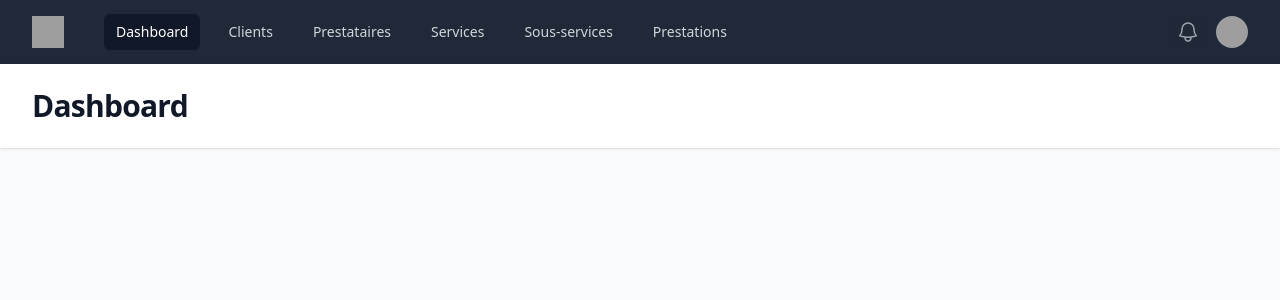
Repository: Dydja/dashAlladjai
Page: /about
These files come from the project's save history. The page is drawn as it stood at one moment and after the next save; the edit follows.
The browser window is 1280 px wide. The pictures show the whole page.
Pictures or frames that could not be fetched are drawn as grey boxes. The project was rebuilt for these pictures with package versions that can differ from the ones it lists, and the page was loaded fresh each time. Also part of the build but not shown: vite.config.js, src/components/layouts/GuestLayout.vue, src/views/auth/LoginView.vue, src/views/HomeView.vue, src/components/users/UserComponent.vue, src/components/services/ServiceComponent.vue, src/components/reservations/ReservationComponent.vue.

Above is the page before, as saved 2024-01-28 23:55:56.

After the next save:
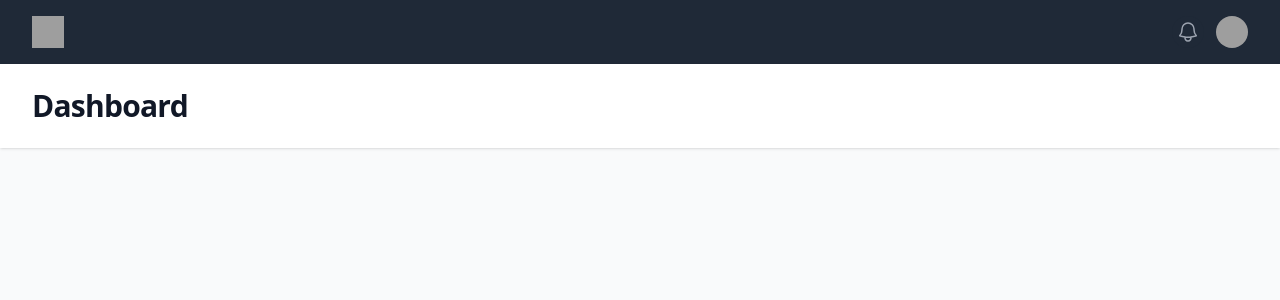
Saved 2 min 57 s later.
--- a/src/views/AboutView.vue
+++ b/src/views/AboutView.vue
@@ -125,19 +125,19 @@ const user = {
   imageUrl:
     'https://images.unsplash.com/photo-1472099645785-5658abf4ff4e?ixlib=rb-1.2.1&ixid=eyJhcHBfaWQiOjEyMDd9&auto=format&fit=facearea&facepad=2&w=256&h=256&q=80',
 }
-const navigation = [
-  { name: 'Dashboard', href: '#', current: true },
-  { name: 'Clients', href: '/', current: false },
-  { name: 'Prestataires', href: '#', current: false },
-  { name: 'Services', href: '#', current: false },
-  { name: 'Sous-services', href: '#', current: false },
-  { name: 'Prestations', href: '#', current: false },
-]
-const userNavigation = [
-  { name: 'Your Profile', href: '#' },
-  { name: 'Settings', href: '#' },
-  { name: 'Sign out', href: '#' },
-]
+// const navigation = [
+//   { name: 'Dashboard', href: '#', current: true },
+//   { name: 'Clients', href: '/', current: false },
+//   { name: 'Prestataires', href: '#', current: false },
+//   { name: 'Services', href: '#', current: false },
+//   { name: 'Sous-services', href: '#', current: false },
+//   { name: 'Prestations', href: '#', current: false },
+// ]
+// const userNavigation = [
+//   { name: 'Your Profile', href: '#' },
+//   { name: 'Settings', href: '#' },
+//   { name: 'Sign out', href: '#' },
+// ]
 
 
 </script>
